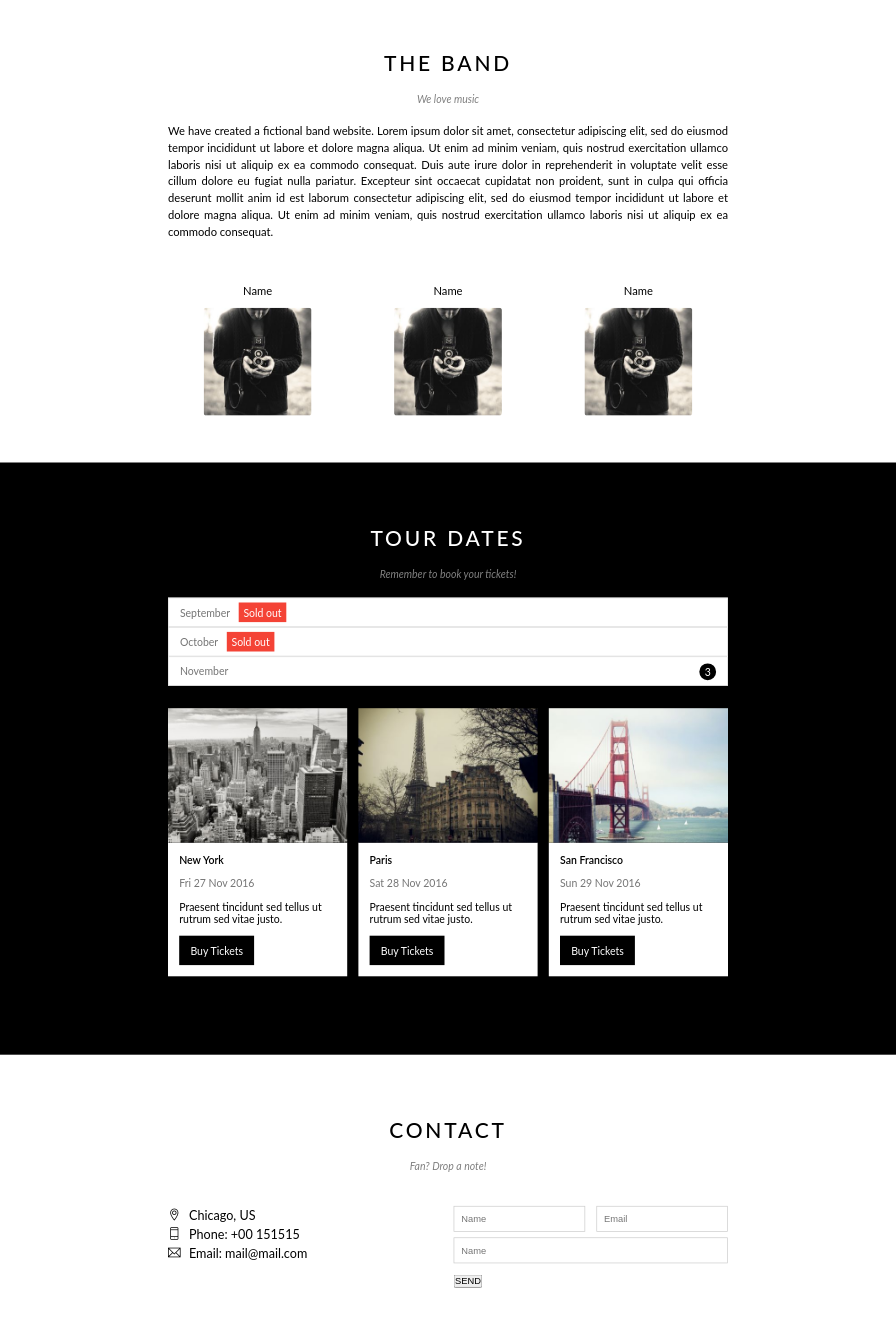
Repository: tatvanhco/web-dau-tay
Page: index.html
The author's editor kept a copy of each file at every save. The page is drawn from the files as they stood at one save, then again after the next save.
The browser window is 1280 px wide. The pictures show the part of the page from y = 704 to 2624 px (the page is 2608 px tall before and 2624 px after), at 70% of full size.

Above is the page before, as saved 2022-01-23 21:32:23.

### index.html
<!DOCTYPE html>
<html lang="en">
<head>
    <meta charset="UTF-8">
    <!-- <meta http-equiv="X-UA-Compatible" content="IE=edge"> -->
    <meta name="viewport" content="width=device-width, initial-scale=1.0">
    <title>the band</title>
    <link rel="shortcut icon" href="./assets/img/band/logo.png" type="image/x-icon">
    <link rel="stylesheet" href="./assets/fronts/themify-icons/themify-icons.css">
    <link rel="stylesheet" href="./assets/css/style.css">
    <link rel="stylesheet" href="./assets/css/responsive.css">
</head>
<body>
    <div id="main">
        <div id="header">
            <ul id="nav">
                <li><a href="#">home</a></li>
                <li><a href="#">band</a></li>
                <li><a href="#">tour</a></li>
                <li><a href="#">contact</a></li>
                <li>
                    <a href="#">more
                        <i class="drop-down ti-angle-down"></i>
                    </a>
                    <div class="subnav">
                        <ul>
                            <li><a href="">Merchandise</a></li>
                            <li><a href="">Extras</a></li>
                            <li><a href="">Media</a></li>
                        </ul>
                    </div>
                </li>
            </ul>
            <div class="search-btn">
                <i class="search-icon ti-search"></i>
            </div>
        </div>
        <div id="slide">
            <div class="text-content">
                <h2 class="text-heading">Chicago</h2>
                <div class="text-desc">Thank you, Chicago - A night we won't forget.</div>
            </div>
        </div>
        <div id="content">
            <div class="content-section">
                <h2 class="section-heading">THE BAND</h2>
                <p class="section-sub-heading">We love music</p>
                <p class="about">
                    We have created a fictional band website. Lorem ipsum dolor sit amet, consectetur adipiscing elit, sed do eiusmod tempor incididunt ut labore et dolore magna aliqua. Ut enim ad minim veniam, quis nostrud exercitation ullamco laboris nisi ut aliquip ex ea commodo consequat. Duis aute irure dolor in reprehenderit in voluptate velit esse cillum dolore eu fugiat nulla pariatur. Excepteur sint occaecat cupidatat non proident, sunt in culpa qui officia deserunt mollit anim id est laborum consectetur adipiscing elit, sed do eiusmod tempor incididunt ut labore et dolore magna aliqua. Ut enim ad minim veniam, quis nostrud exercitation ullamco laboris nisi ut aliquip ex ea commodo consequat.
                </p>
                <div class="row team">
                    <div class="col col-3 text-center">
                        <p class="team-name">Name</p>
                        <img src="./assets/img/band/member.jpg" class="team-img">
                    </div>

                    <div class="col col-3 text-center">
                        <p class="team-name">Name</p>
                        <img src="./assets/img/band/member.jpg" class="team-img">
                    </div>

                    <div class="col col-3 text-center">
                        <p class="team-name">Name</p>
                        <img src="./assets/img/band/member.jpg" class="team-img">
                    </div>
                </div>
            </div>

            <div class="tour-section">
                <div class="content-section">
                    <h2 class="text-white section-heading">TOUR DATES</h2>
                    <p class="text-white section-sub-heading">Remember to book your tickets!</p>
                    <ul class="ticket-list">
                        <li>September<span class="soldout">Sold out</span></li>
                        <li>October<span class="soldout">Sold out</span></li>
                        <li>November<span class="quatity">3</span></li>
                    </ul>
                    <div class="row place-list">
                        <div class="col col-3">
                            <img src="./assets/img/places/place1.jpg" class="place-img">
                            <div class="place-body">
                                <h3 class="place-heading">New York</h3>
                                <p class="place-time">Fri 27 Nov 2016</p>
                                <p class="place-desc">Praesent tincidunt sed tellus ut rutrum sed vitae justo.</p>
                                <a href="#" class="place-buy-btn">Buy Tickets</a>
                            </div>
                        </div>
                        <div class="col col-3">
                            <img src="./assets/img/places/place2.jpg" class="place-img">
                            <div class="place-body">
                                <h3 class="place-heading">Paris</h3>
                                <p class="place-time">Sat 28 Nov 2016</p>
                                <p class="place-desc">Praesent tincidunt sed tellus ut rutrum sed vitae justo.</p>
                                <a href="#" class="place-buy-btn">Buy Tickets</a>
                            </div>
                        </div>
                        <div class="col col-3">
                            <img src="./assets/img/places/place3.jpg" class="place-img">
                            <div class="place-body">
                                <h3 class="place-heading">San Francisco</h3>
                                <p class="place-time">Sun 29 Nov 2016</p>
                                <p class="place-desc">Praesent tincidunt sed tellus ut rutrum sed vitae justo.</p>
                                <a href="#" class="place-buy-btn">Buy Tickets</a>
                            </div>
                        </div>
                    </div>
                </div>
            </div>

            <div class="content-section">
                <h2 class="section-heading">CONTACT</h2>
                <p class="section-sub-heading">Fan? Drop a note!</p>
                <div class="row contact-content">
                    <div class="col col-2 contact-info">
                        <p><i class="ti-location-pin"></i>Chicago, US</p>
                        <p><i class="ti-mobile"></i>Phone: +00 151515</p>
                        <p><i class="ti-email"></i>Email: mail@mail.com</p>
                    </div>
                    <div class="col col-2 contact-form">
                        <form action="">
                            <div class="row">
                                <div class="col col-2">
                                    <input type="text" placeholder="Name" class="form-control">
                                </div>
                                <div class="col col-2">
                                    <input type="email" placeholder="Email" class="form-control">
                                </div>
                            </div>
                            <div class="row mt-8">
                                <div class="col col-full">
                                    <input type="text" placeholder="Name" class="form-control">
                                </div>
                            </div>
                            <input class="mt-16" type="submit" value="SEND">
                        </form>
                    </div>
                </div>
            </div>

        </div>

        <div id="footer">

        </div>
    </div>
</body>
</html>

### assets/css/style.css
/* reset trang */
* {
    margin: 0;
    padding: 0;
    box-sizing: border-box;
}

body {
    font-family: "Lato", sans-serif;
}
/* dùng chung */
.clear {
    clear: both;
}

.text-white {
    color: #fff !important;
}

.text-center {
    text-align: center;
}

.row {
    margin-left: -8px;
    margin-right: -8px;
}

.row::after {
    content: "";
    display: block;
    clear: both;
}

.col {
    float: left;
    padding-left: 8px;
    padding-right: 8px;
}

.col-3 {
    width: 33.33333%;
}

.col-2 {
    width: 50%;
}

.col-full {
    width: 100%;
}

.mt-8 {
    margin-top: 8px !important;
}

.mt-16 {
    margin-top: 16px !important;
}
/* css từng thành phần */
#header {
    width: 100%;
    height: 46px;
    background-color: #000;
    position: fixed;
    top: 0;
    left: 0;
    right: 0;
    z-index: 1;
}
#nav {
    display: inline-block;
}

#nav > li {
    display: inline-block;
}

#nav li {
    position: relative;
    list-style-type: none;
}

#nav > li > a {
    color: #fff;
    text-transform: uppercase;
}

#nav li a {
    text-decoration: none;
    padding: 0 24px;
    line-height: 46px;
    display: block;

}

#nav li:hover .subnav {
    display: block;
}

#nav .subnav li:hover a,
#nav > li:hover > a {
    background-color: #ccc;
    color: #000;
}

#nav .subnav {
    display: none;
    min-width: 160px;
    position: absolute;
    top: 100%;
    left: 0;
    background-color: #fff;
    box-shadow: 0 0 10px rgba(0, 0, 0, 0.3);
}

#nav .subnav a {
    color: #000;
    padding: 0px 24px;
    line-height: 38px;
}

#header .search-btn {
    float: right;
    padding: 0 22px;
    cursor: pointer;
}

#header .search-btn:hover {
    background-color: #f44336;
}

#header .search-icon {
    color: #fff;
    font-size: 20px;
    line-height: 46px;
}

#slide {
    position: relative;
    margin-top: 46px;
    padding-top: 50%;
    background: url(/assets/img/slider/chicago.jpg) top center / cover no-repeat;
}

#slide .text-content {
    color: #fff;
    position: absolute;
    bottom: 47px;
    /* cách canh giữa
    left: 50%;
    transform: translateX(-50%); */
    width: 100%;
    text-align: center;
}

#slide .text-heading {
    font-weight: 500;
    font-size: 24px;
}

#slide .text-desc {
    font-weight: 600;
    margin-top: 25px;
    font-size: 15px;
}

#content {

}

#content .content-section {
    max-width: 800px;
    margin-left: auto;
    margin-right: auto;
    padding: 64px 0;
}

#content .section-heading,
#content .section-sub-heading {
    text-align: center;
    margin: 25px 0;
}

#content .section-heading {
    font-size: 30px;
    font-weight: 500;
    letter-spacing: 4px;
}

#content .section-sub-heading {
    font-size: 15px;
    opacity: 0.5;
    font-style: italic;
}

#content .about {
    text-align: justify;
    line-height: 1.5;
}

#content .team {
    margin-top: 48px;
}

#content .team-name {
    margin: 15px 0;
}

#content .team-img {
    width: 60%;
    border-radius: 4px;
    text-align: center;
}

.tour-section {
    background-color: #000;
}

.ticket-list {
    background-color: #fff;
}

.ticket-list li {
    color: #757575;
    list-style-type: none;
    font-size: 15px;
    border: 1px solid #ddd;
    padding: 11px 16px;
}

.ticket-list .soldout {
    color: #fff;
    margin-left: 12px;
    padding: 5px 7px;
    background-color: #f44336;
}

.ticket-list .quatity {
    float: right;
    width: 24px;
    height: 24px;
    border-radius: 50%;
    background-color: #000;
    color: #fff;
    text-align: center;
    line-height: 24px;
    margin-top: -2px;
}

.place-list {
    /* margin: 32px 48px; */
    margin-top: 32px;
    margin-bottom: 48px;
}

.place-img {
    width: 100%;
    display: block;
}

.place-img:hover {
    opacity: 0.6;
}

.place-body {
    background-color: #fff;
    padding: 16px;
    font-size: 15px;
}

.place-heading {
    font-size: 15px;
    font-weight: 600;
}

.place-time {
    color: #757575;
    margin-top: 15px;
}

.place-desc {
    margin-top: 15px;
}

.place-buy-btn {
    color: #fff;
    background-color: #000;
    text-decoration: none;
    padding: 12px 16px;
    margin-top: 15px;
    display: inline-block;
}

.place-buy-btn:hover {
    color: #000;
    background-color: #ccc;
}

/* contact-form */
.contact-content {
    margin-top: 48px;

}

.contact-info {
    font-size: 18px;
    line-height: 1.5;
}

.contact-info i[class*="ti-"] {
    width: 30px;
    display: inline-block;
}

.contact-form {
    font-size: 15px;
}

.contact-form .form-control {
    padding: 10px;
    border: 1px solid #ccc;
    width: 100%;
}

.contact-form .form-submit-btn {
    background-color: #000;
    color: #fff;
    border: none;
    padding: 10px 16px;
    float: right;
}

Loaded but not shown: assets/fronts/themify-icons/themify-icons.css (common file); assets/css/responsive.css (no copy from this time; the picture is the same without it)

After the next save:
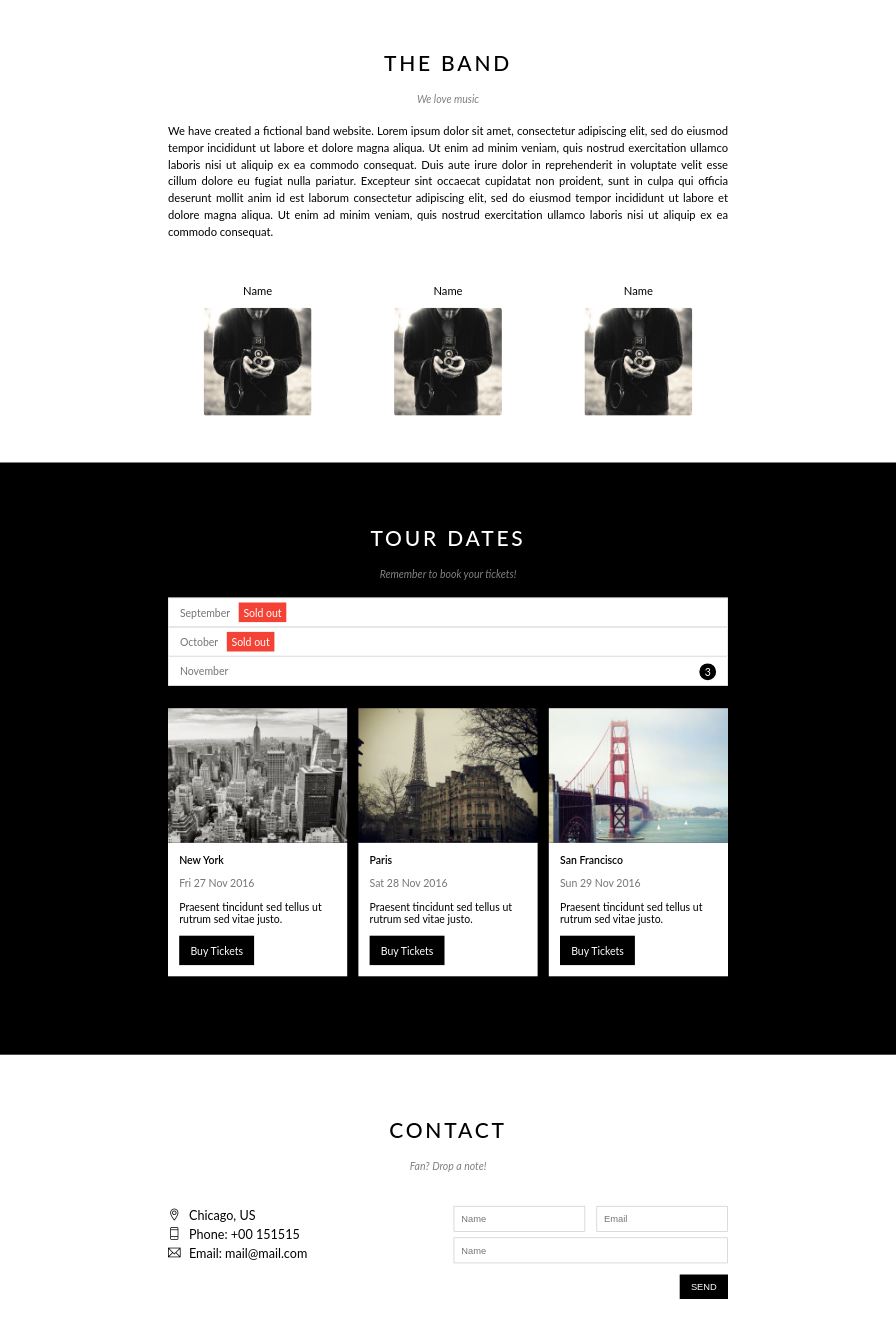
Saved 6 s later.
--- a/index.html
+++ b/index.html
@@ -131,7 +131,7 @@
                                     <input type="text" placeholder="Name" class="form-control">
                                 </div>
                             </div>
-                            <input class="mt-16" type="submit" value="SEND">
+                            <input class="form-submit-btn mt-16" type="submit" value="SEND">
                         </form>
                     </div>
                 </div>
